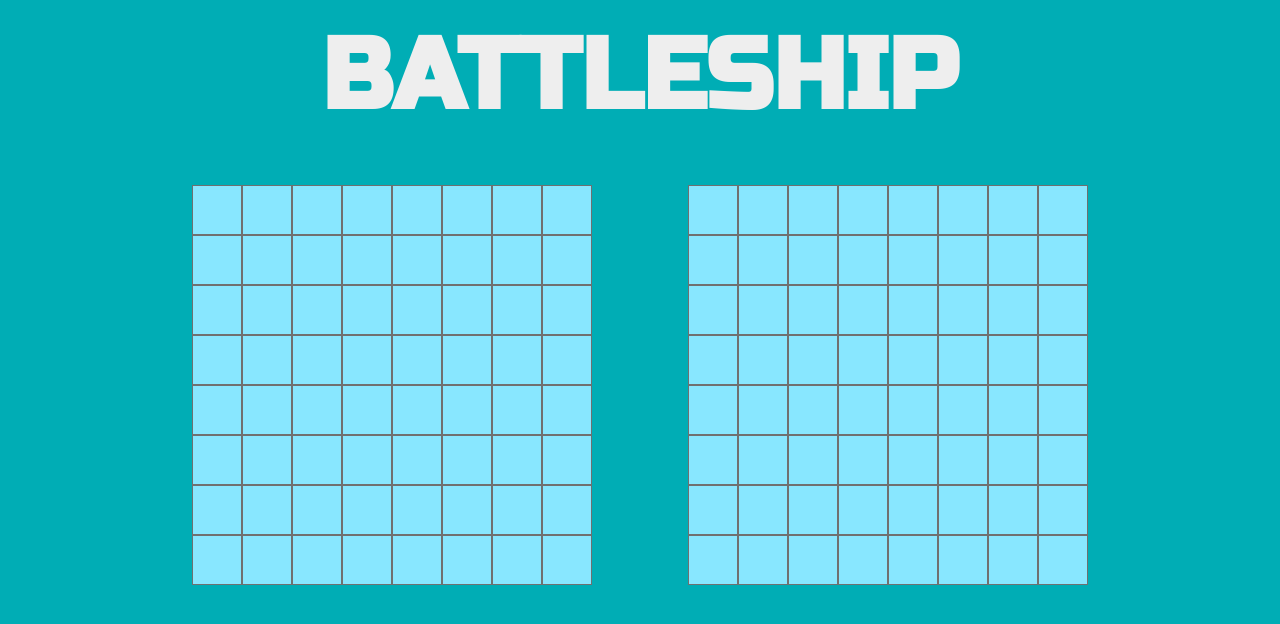
Repository: AzharMoosa/battleship
Page: /
An editor plug-in stored every save of this project. The page is shown before and after a run of saves, followed by the edit.
The browser window is 1280 px wide. The pictures show the whole page.
The project was rebuilt for these pictures with package versions that can differ from the ones it lists, and the page was loaded fresh each time.

Above is the page before, as saved 2020-07-08 10:47:15.

After the next 2 saves:
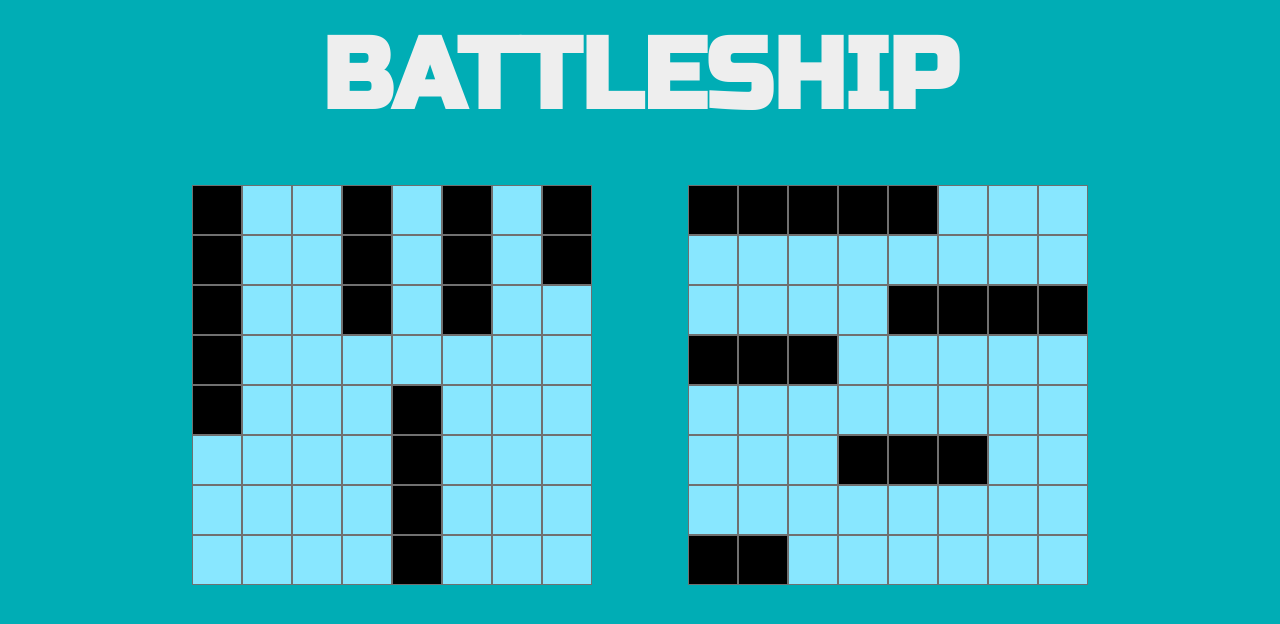
The 2 saves are shown as one change because they came seconds apart.
The last was saved 5 s later.
--- a/src/components/Board.js
+++ b/src/components/Board.js
@@ -36,7 +36,7 @@
 
   useEffect(() => {
     startGame();
-  }, []);
+  }, [startGame()]);
 
   const attackComputer = (e) => {
     // Get Coord

After the save that followed:
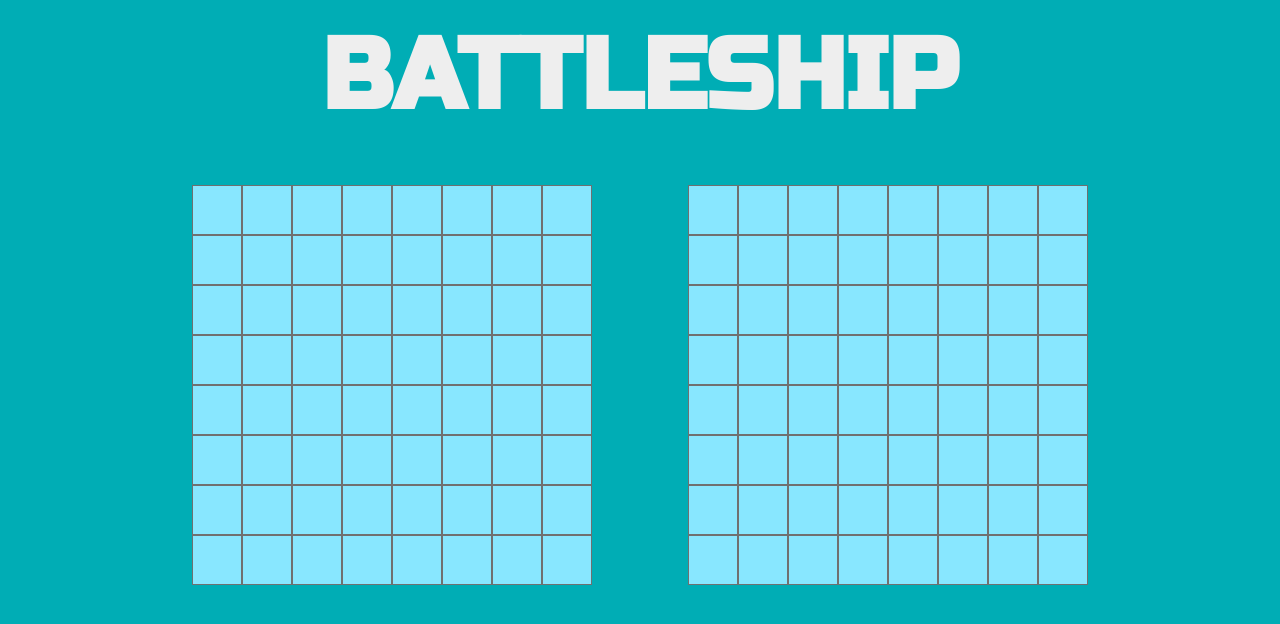
Saved 4 s later.
--- a/src/components/Board.js
+++ b/src/components/Board.js
@@ -36,7 +36,7 @@
 
   useEffect(() => {
     startGame();
-  }, [startGame()]);
+  }, []);
 
   const attackComputer = (e) => {
     // Get Coord
